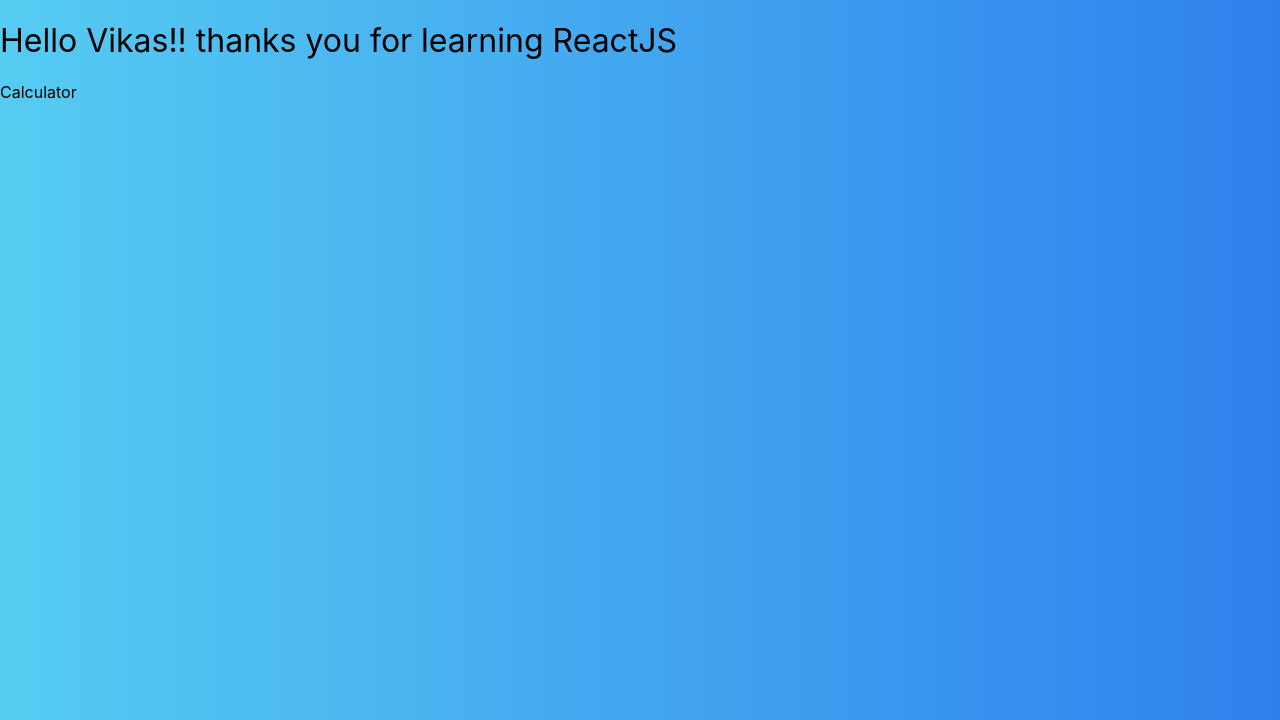
Repository: vikas-1234/calculator
Page: /
These files come from the project's save history. The page is drawn as it stood at one moment and after the next save; the edit follows.
The browser window is 1280 px wide. The pictures show the whole page.
The project was rebuilt for these pictures with package versions that can differ from the ones it lists, and the page was loaded fresh each time.

Above is the page before, as saved 2024-01-17 20:04:23.

### src/index.css
*,*::before,*::after{
  box-sizing: border-box;
  font-weight: normal;
}



body {
  margin: 0;
  padding: 0;
  background: linear-gradient(to right,#56ccf2, #2f80ed);
  font-family: -apple-system, BlinkMacSystemFont, 'Segoe UI', 'Roboto', 'Oxygen',
    'Ubuntu', 'Cantarell', 'Fira Sans', 'Droid Sans', 'Helvetica Neue',
    sans-serif;
  -webkit-font-smoothing: antialiased;
  -moz-osx-font-smoothing: grayscale;
}

code {
  font-family: source-code-pro, Menlo, Monaco, Consolas, 'Courier New',
    monospace;
}

### src/App.js

import Calculator from "./Components/Calculator";
function App() {
  return (
    <div className="App">
      <h1>Hello Vikas!! thanks you for learning ReactJS</h1>
      <Calculator/>
    </div>
  );
}

export default App;

### src/Components/Calculator.jsx
import React from 'react'

const Calculator = () => {
  return (
    <div>Calculator</div>
  )
}

export default Calculator

Loaded but not shown: public/index.html (common file); src/index.js (common file); src/reportWebVitals.js (common file)

After the next save:
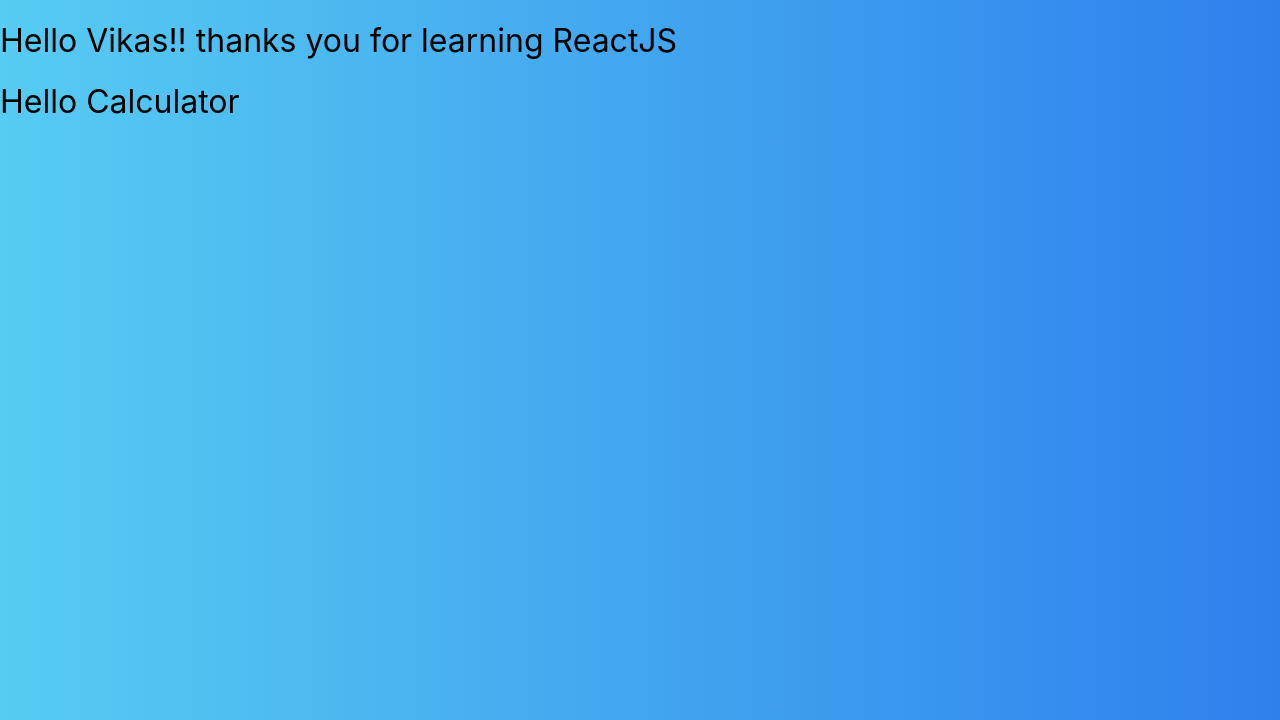
Saved 57 s later.
--- a/src/Components/Calculator.jsx
+++ b/src/Components/Calculator.jsx
@@ -2,7 +2,9 @@
 
 const Calculator = () => {
   return (
-    <div>Calculator</div>
+    <div>
+      <h1>Hello Calculator</h1>
+    </div>
   )
 }
 
